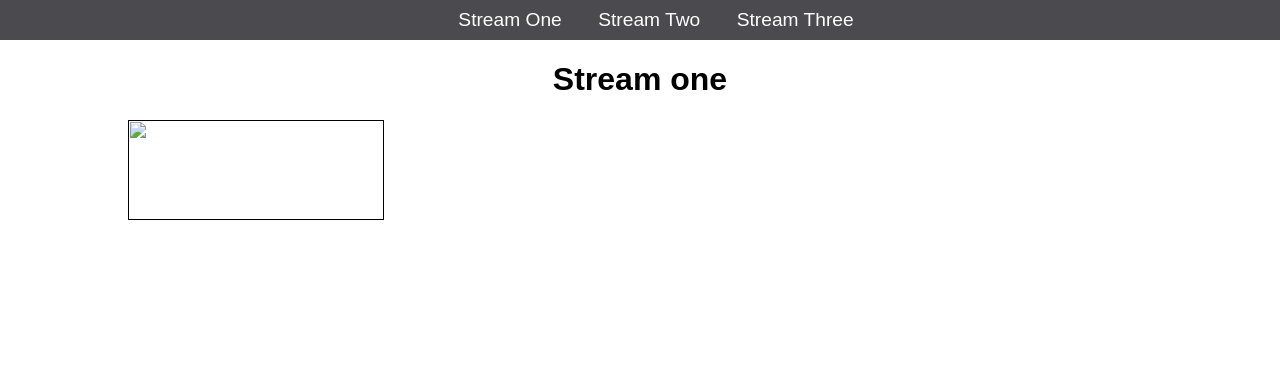
Repository: santimex/my-first-website
Page: Index.html
The author's editor kept a record of every edit. The page is drawn from the files as they stood at one moment, then again after the next edit.
The browser window is 1280 px wide. The pictures show the whole page.

Above is the page before.

### Index.html
<!DOCTYPE html>
<html>
    <head>
        <title>Stream One</title>
        <link rel="stylesheet" href="css/style.css" type="text/css" />
    </head>
    <body>
        <nav>
            <ul>
                <li><a href="stream-one.html">Stream One</a></li>
                <li><a href="stream-two.html">Stream Two</a></li>
                <li><a href="stream-three.html">Stream Three</a></li>
            </ul>
        </nav>
        <h1>Stream one</h1>
        <div class="card">
            <a href="">
                <img src="" />
                <h2></h2>
            </a>
        </div>

        </div>
    </body>
</html>

### css/style.css
body {
    margin: 0;
    padding: 0;
    font-family: "Oswald", sans-serif;
}

nav ul {
    list-style: none;
    background-color: #4a4a4f;
    text-align: center;
    margin: 0;
    padding: 0;
}

nav li {
    font-size: 1.2em;
    line-height: 40px;
    height: 40px;
    display: inline-block;
    margin-left: 2.5%;
}

nav a {
    text-decoration: none;
    color: #fff;
    display: block;
}

nav a:hover {
    background-color: #fff;
    color: #4a4a4f;
}

.card {
    float: left;
    width: 20%;
    margin-left: 10%;
}

.card a {
    text-align: center;
    text-decoration: none;
    color: #000;
}

.card a:hover {
    color: #FF5117;
}

img {
    width: 100%;
    height: 100px;
}

h1 {
    text-align: center;
}

After the next edit:
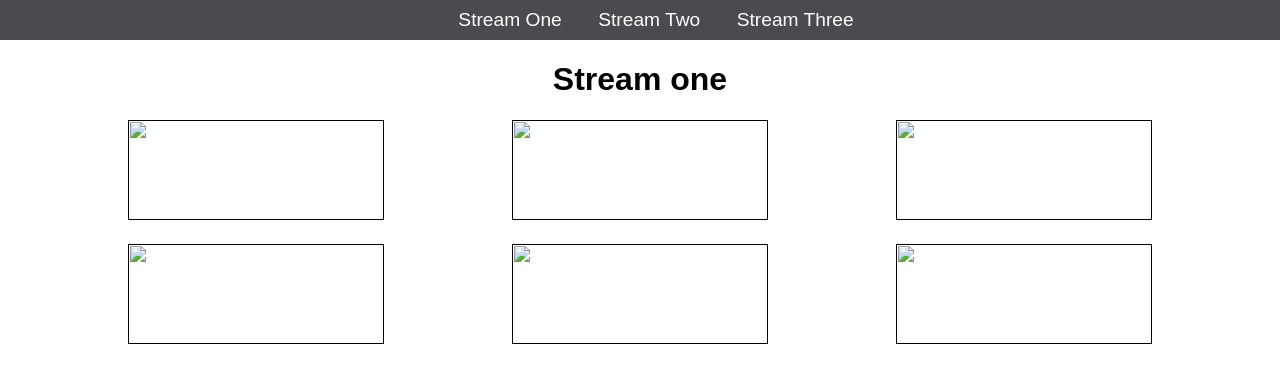
The edit:
--- a/Index.html
+++ b/Index.html
@@ -19,7 +19,35 @@
                 <h2></h2>
             </a>
         </div>
-
+        <div class="card">
+            <a href="">
+                <img src="" />
+                <h2></h2>
+            </a>
+        </div>
+        <div class="card">
+            <a href="">
+                <img src="" />
+                <h2></h2>
+            </a>
+        </div>
+        <div class="card">
+            <a href="">
+                <img src="" />
+                <h2></h2>
+            </a>
+        </div>
+        <div class="card">
+            <a href="">
+                <img src="" />
+                <h2></h2>
+            </a>
+        </div>
+        <div class="card">
+            <a href="">
+                <img src="" />
+                <h2></h2>
+            </a>
         </div>
     </body>
 </html>
